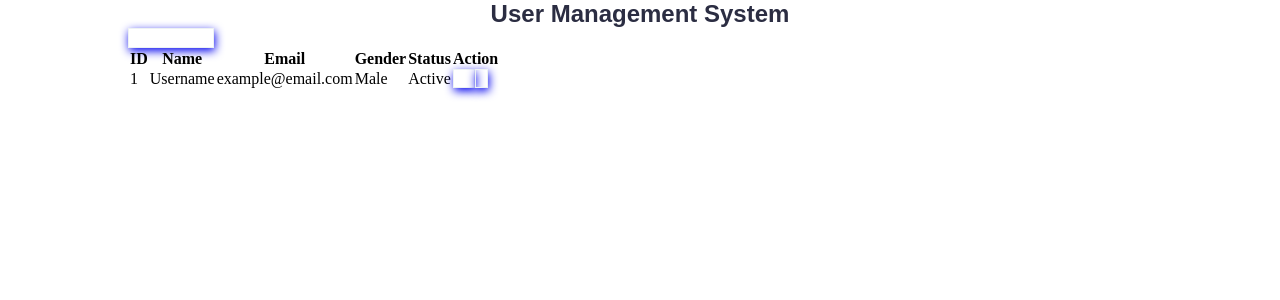
Repository: neeteshraj/CRUD
Page: views/index.html
These files come from the project's save history. The page is drawn as it stood at one moment and after the next save; the edit follows.
The browser window is 1280 px wide. The pictures show the whole page.
Some web fonts or font styles are not loaded; a fallback is used.

Above is the page before, as saved 2021-01-08 19:06:32.

After the next save:
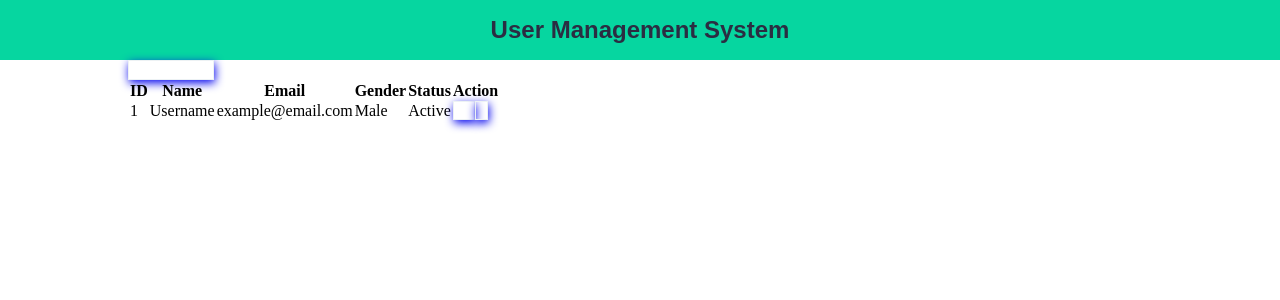
Saved 119 s later.
--- a/assets/css/style.css
+++ b/assets/css/style.css
@@ -63,3 +63,9 @@ a {
     background-clip: text;
     -webkit-text-fill-color: transparent;
 }
+
+#header nav {
+    background-color: #06d6a0;
+    padding: 1em 0;
+    width: 100%;
+}
